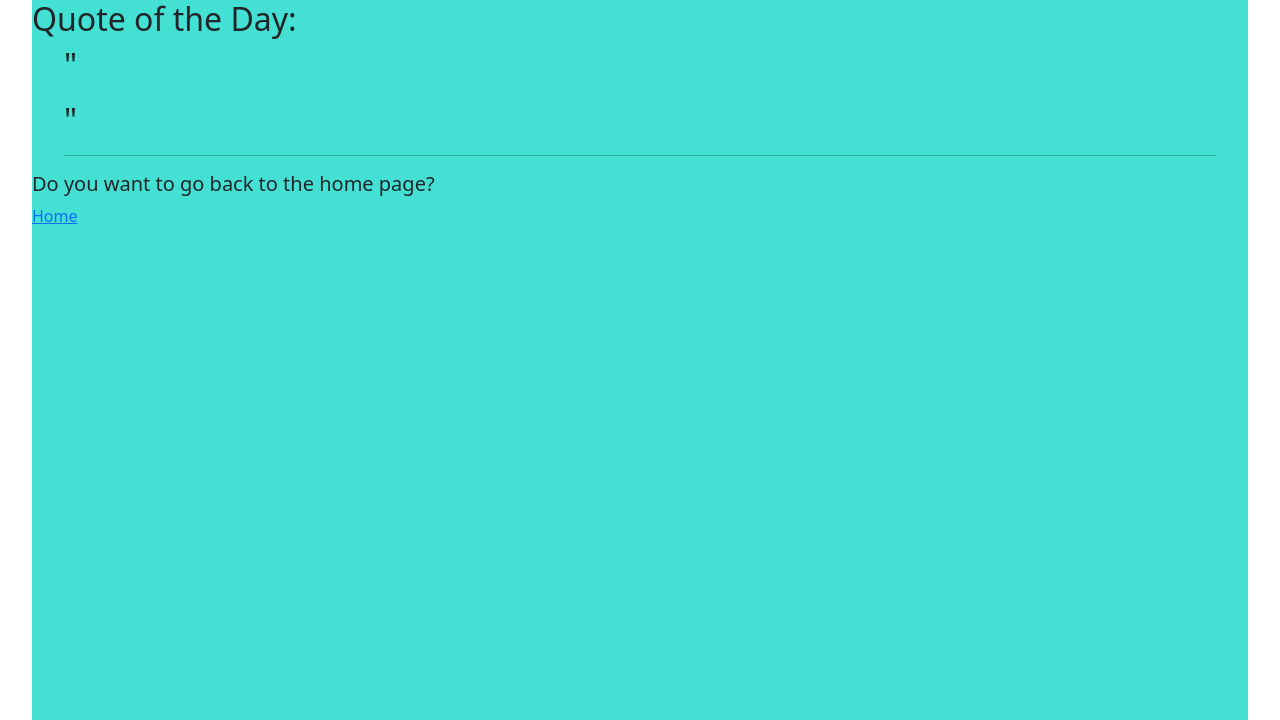
Repository: collegedude9300/zenstationnext
Page: /Quotes
An editor plug-in stored every save of this project. The page is shown before and after the next save, followed by the edit.
The browser window is 1280 px wide. The pictures show the whole page.
The page's requests for data from a server got no answer. The project was rebuilt for these pictures with package versions that can differ from the ones it lists, and the page was loaded fresh each time. The framework's server and built-in components were replaced by stand-ins that run in the browser. No one was signed in, and anything a server would have sent is missing. Also part of the build but not shown: next.config.js.

Above is the page before, as saved 2022-10-19 12:22:28.

After the next save:
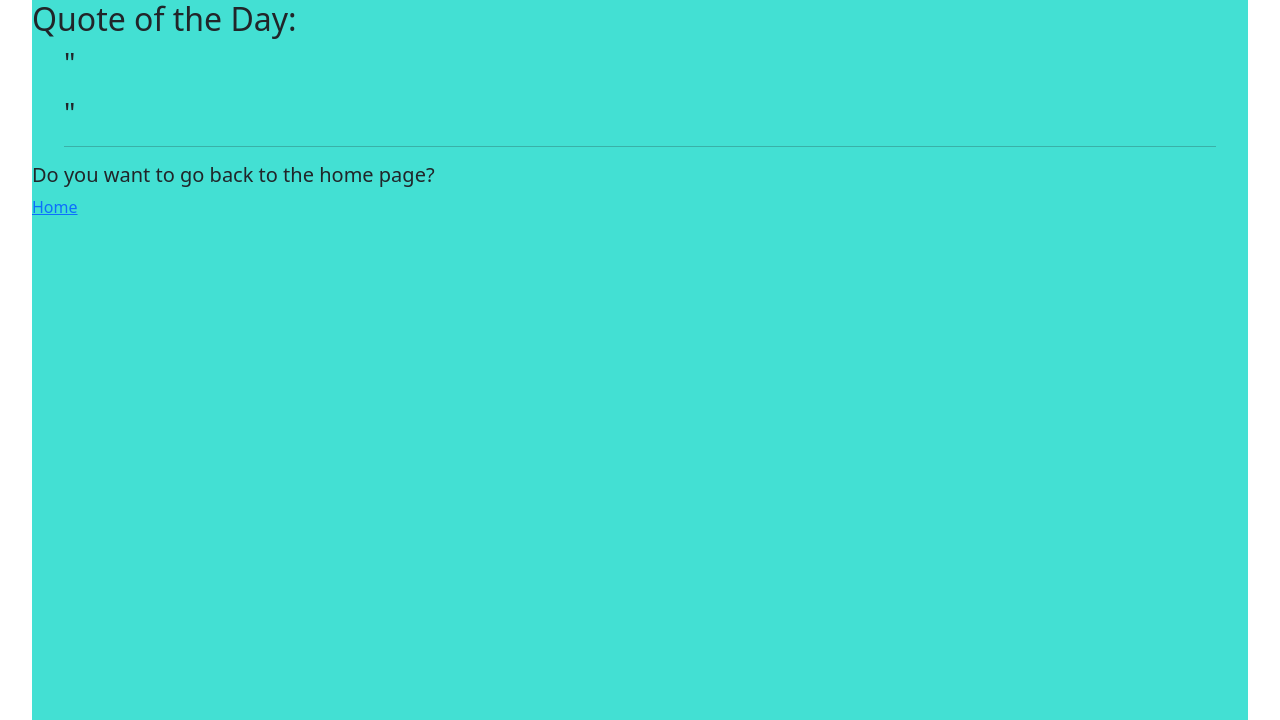
Saved 21 s later.
--- a/pages/Quotes.js
+++ b/pages/Quotes.js
@@ -26,12 +26,12 @@ return (
       <main className={styles.pages}>
       <h2> Quote of the Day: </h2>
         <div className={styles.container}>
-            <h2>
+            <h3>
             <p> &quot;</p>
             <div className="quote" id="quote"></div>
             <p> &quot;</p>
             <p className="author" id="author"></p>
-            </h2>
+            </h3>
 
             <hr/>
         </div>
